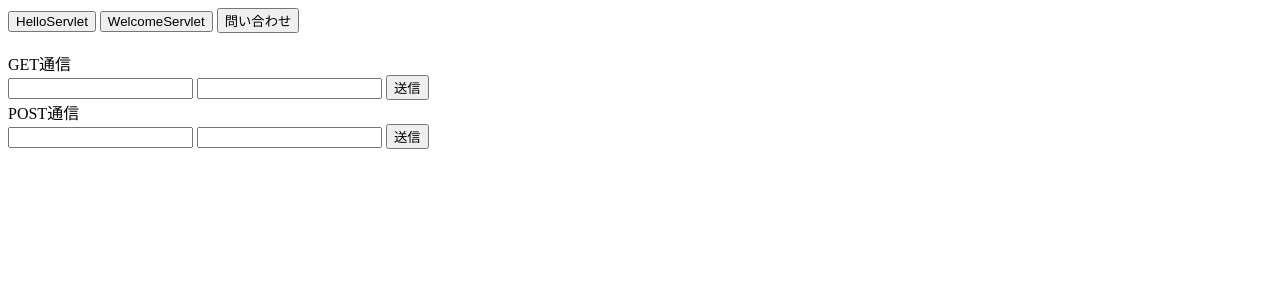
Repository: rt-1217/j2
Page: http://localhost/HelloServlet/
These files come from the project's save history. The page is drawn as it stood at one moment and after the next save; the edit follows.
The browser window is 1280 px wide. The pictures show the whole page.
The page is served by Tomcat 9.

Above is the page before, as saved 2018-04-20 02:42:59.

After the next save:
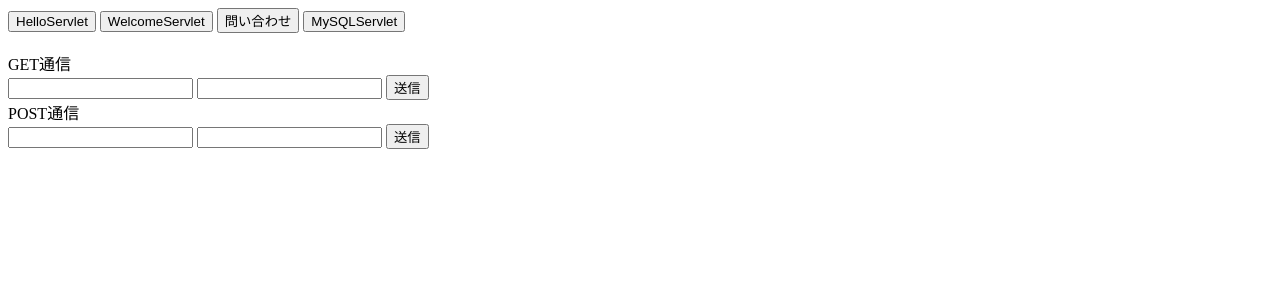
Saved 4 min 4 s later.
--- a/HelloServlet/WebContent/index.jsp
+++ b/HelloServlet/WebContent/index.jsp
@@ -14,6 +14,7 @@
 
 <input type="button" value="問い合わせ" onClick="location.href='inquiry.jsp'">
 
+<input type="button" value="MySQLServlet" onClick="location.href='MySQLServlet'">
 <br><br>
 GET通信
 <form method="get" action="TestServlet">
